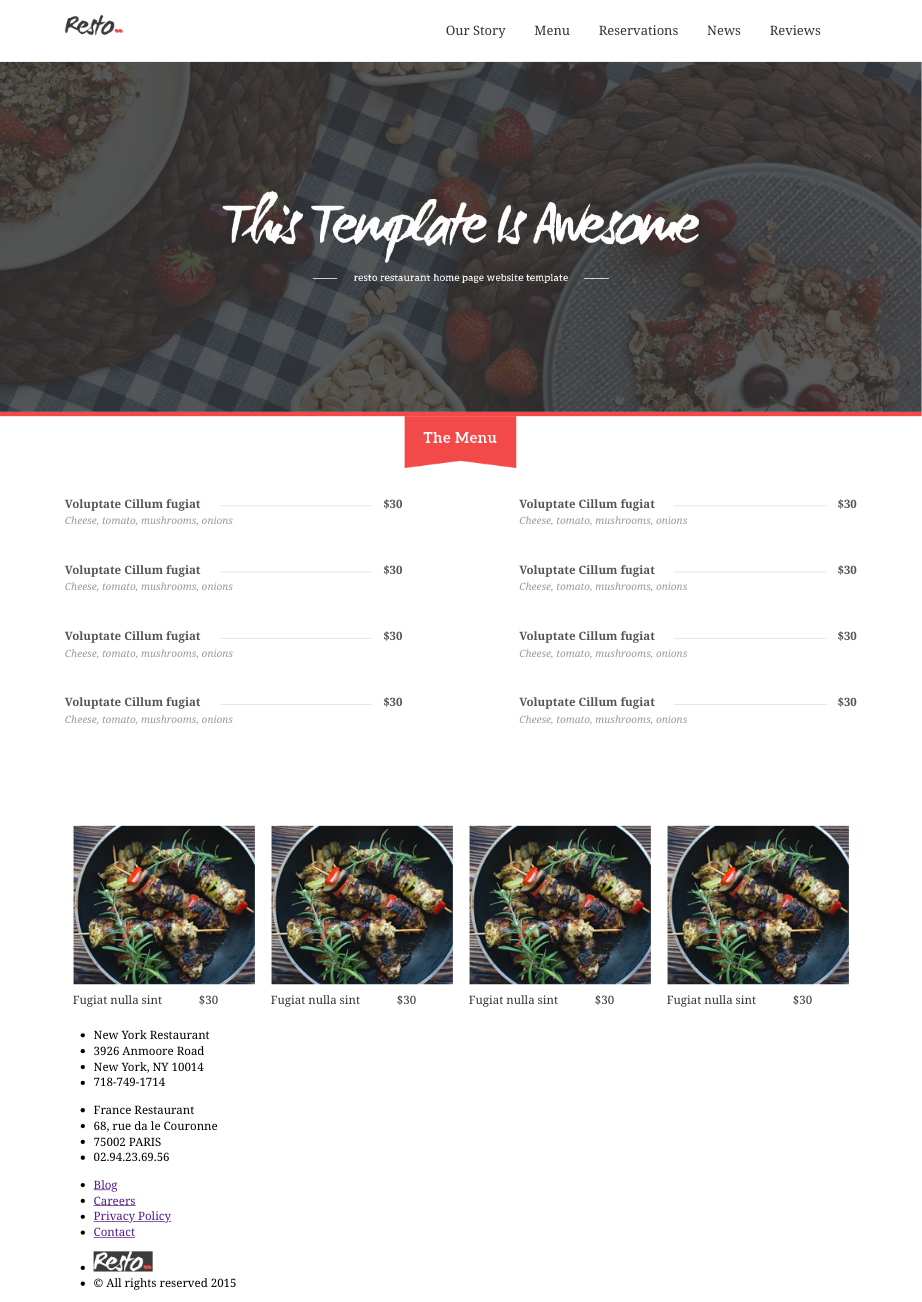
Repository: Piterwk1/psd-to-wordpress
Page: index.html
The author's editor kept a copy of each file at every save. The page is drawn from the files as they stood at one save, then again after the next save.
The browser window is 1280 px wide. The pictures show the whole page, at 72% of full size.

Above is the page before, as saved 2021-09-23 04:04:15.

### index.html
<html lang="en">

<head>
    <meta charset="UTF-8">
    <meta http-equiv="X-UA-Compatible" content="IE=edge">
    <meta name="viewport" content="width=device-width, initial-scale=1.0">
    <title>Resto</title>
    <link rel="stylesheet" href="style.css">
</head>

<body>

    <header>
        <div class="wrapper" id="headerWrapper">
            <h1 class="logo">Rest</h1>
            <nav>
                <h2>Main Navigation</h2>
                <ul>
                    <li><a href="">Our Story</a></li>
                    <li><a href="">Menu</a></li>
                    <li><a href="">Reservations</a></li>
                    <li><a href="">News</a></li>
                    <li><a href="">Reviews</a></li>
                </ul>
            </nav>
        </div>
    </header>

    <!-- start homepage content -->

    <div id="main-banner">
        <img src="images/banner.jpg" alt="Welcome to Resto">
    </div>

    <div class="wrapper">
        <section id="home-menu">
            <h2>Menu</h2>
            <ul>
                <li>
                    <span class="dish">Voluptate Cillum fugiat</span>
                    <span class="price">$30</span>
                    <span class="description">Cheese, tomato, mushrooms, onions</span>
                </li>
                <li>
                    <span class="dish">Voluptate Cillum fugiat</span>
                    <span class="price">$30</span>
                    <span class="description">Cheese, tomato, mushrooms, onions</span>
                </li>
                <li>
                    <span class="dish">Voluptate Cillum fugiat</span>
                    <span class="price">$30</span>
                    <span class="description">Cheese, tomato, mushrooms, onions</span>
                </li>
                <li>
                    <span class="dish">Voluptate Cillum fugiat</span>
                    <span class="price">$30</span>
                    <span class="description">Cheese, tomato, mushrooms, onions</span>
                </li>
                <li>
                    <span class="dish">Voluptate Cillum fugiat</span>
                    <span class="price">$30</span>
                    <span class="description">Cheese, tomato, mushrooms, onions</span>
                </li>
                <li>
                    <span class="dish">Voluptate Cillum fugiat</span>
                    <span class="price">$30</span>
                    <span class="description">Cheese, tomato, mushrooms, onions</span>
                </li>
                <li>
                    <span class="dish">Voluptate Cillum fugiat</span>
                    <span class="price">$30</span>
                    <span class="description">Cheese, tomato, mushrooms, onions</span>
                </li>
                <li>
                    <span class="dish">Voluptate Cillum fugiat</span>
                    <span class="price">$30</span>
                    <span class="description">Cheese, tomato, mushrooms, onions</span>
                </li>
            </ul>
        </section>

        <section id="featured">
            <ul>
                <li>
                    <img src="images/thumb-1.jpg">
                    <a href="">Fugiat nulla sint</a>
                    <span>$30</span>
                    <span class="rating"></span>
                </li>
                <li>
                    <img src="images/thumb-1.jpg">
                    <a href="">Fugiat nulla sint</a>
                    <span>$30</span>
                    <span class="rating"></span>
                </li>
                <li>
                    <img src="images/thumb-1.jpg">
                    <a href="">Fugiat nulla sint</a>
                    <span>$30</span>
                    <span class="rating"></span>
                </li>
                <li>
                    <img src="images/thumb-1.jpg">
                    <a href="">Fugiat nulla sint</a>
                    <span>$30</span>
                    <span class="rating"></span>
                </li>
            </ul>
        </section>
    </div>

    <!-- end homepage content -->

    <footer>
        <div class="wrapper">
            <ul>
                <li>New York Restaurant</li>
                <li>3926 Anmoore Road</li>
                <li>New York, NY 10014</li>
                <li>718-749-1714</li>
            </ul>
            <ul>
                <li>France Restaurant</li>
                <li>68, rue da le Couronne</li>
                <li>75002 PARIS</li>
                <li>02.94.23.69.56</li>
            </ul>
            <ul>
                <li><a href="">Blog</a></li>
                <li><a href="">Careers</a></li>
                <li><a href="">Privacy Policy</a></li>
                <li><a href="">Contact</a></li>
            </ul>
            <ul>
                <li><img src="images/white-logo.png" alt="logo"></li>
                <li>&copy; All rights reserved 2015</li>

            </ul>
        </div>
    </footer>
</body>

</html>

### style.css
body {
    font-family: Georgia, 'Times New Roman', Times, serif;
    margin: 0;
}

.wrapper {
    width: 100%;
    /* max-width: 960px; */
    max-width: 1100px;
    padding: 0 10px;
    margin:  0 auto;
}

h1.logo {
    background-image: url(images/logo.png);
    background-repeat: no-repeat;
    width: 100px;
    text-indent: -10000px;
}

#headerWrapper {
    display: flex;
    justify-content: space-between;
    width: 100%;
}

nav {

  margin-right: 10px;

}

#headerWrapper nav h2 {
    text-indent: -100000px;
    height: 0;
    margin: 0;
}

#headerWrapper nav ul {
   display: flex;
   justify-content: space-evenly;
   list-style-type:  none;
   margin: 10px 20px;
}
#headerWrapper nav li {

   margin: 20px 20px;
}
#headerWrapper nav li a{
   text-decoration: none;
   color: #333;
   font-size: 18px;
}
#headerWrapper nav li a:hover{
   color: blue;
}

#main-banner, #main-banner img{
    width: 100%;
}

#main-banner img {
    border-bottom: 6px solid #f34949;
}

#home-menu h2 {
    background-image: url(images/menu-head.png);
    background-repeat: no-repeat;
    width: 156px;
    height: 74px;
    text-indent: -10000px;
    margin: 0 auto;
}

#home-menu ul {
    display: flex;
    flex-wrap: wrap;
    justify-content: space-between;
   padding: 0;
   list-style: none;
}
#home-menu li {
    display: flex;
    flex-wrap: wrap;
   margin: 20px 0 20px 0;
   justify-content: space-between;
}

.dish{
    position: relative;
    z-index: 1;
    background: #fff;
    padding-right: 5px;
    width: 45%;
    color: #555;
    font-weight: bold;
}

.price {
    position: relative;
    z-index: 1;
    background: #fff;
    padding-left: 15px;
    color: #555;
    font-weight: bold;
}

.description {
    width: 100%;
    color: #999;
    font-style: italic;
    font-size: 14px;
    padding-top: 10px;
    border-top: 1px solid #ddd;
    position: relative;
    top: -8px;
}

#featured {
    margin-top: 100px;
}
#featured ul {
    display: flex;
    justify-content: space-evenly;
    padding: 0;
}

#featured li {
    display: flex;
    flex-wrap: wrap;
    list-style: none;
    margin: 1%;
}

#featured li img{
    width: 100%;
    margin-bottom: 10px;
}

#featured li a{
    color: #333;
    text-decoration: none;
}

#featured li span{
    color: #333;
margin-left: auto;
margin-right: 0;
}

After the next save:
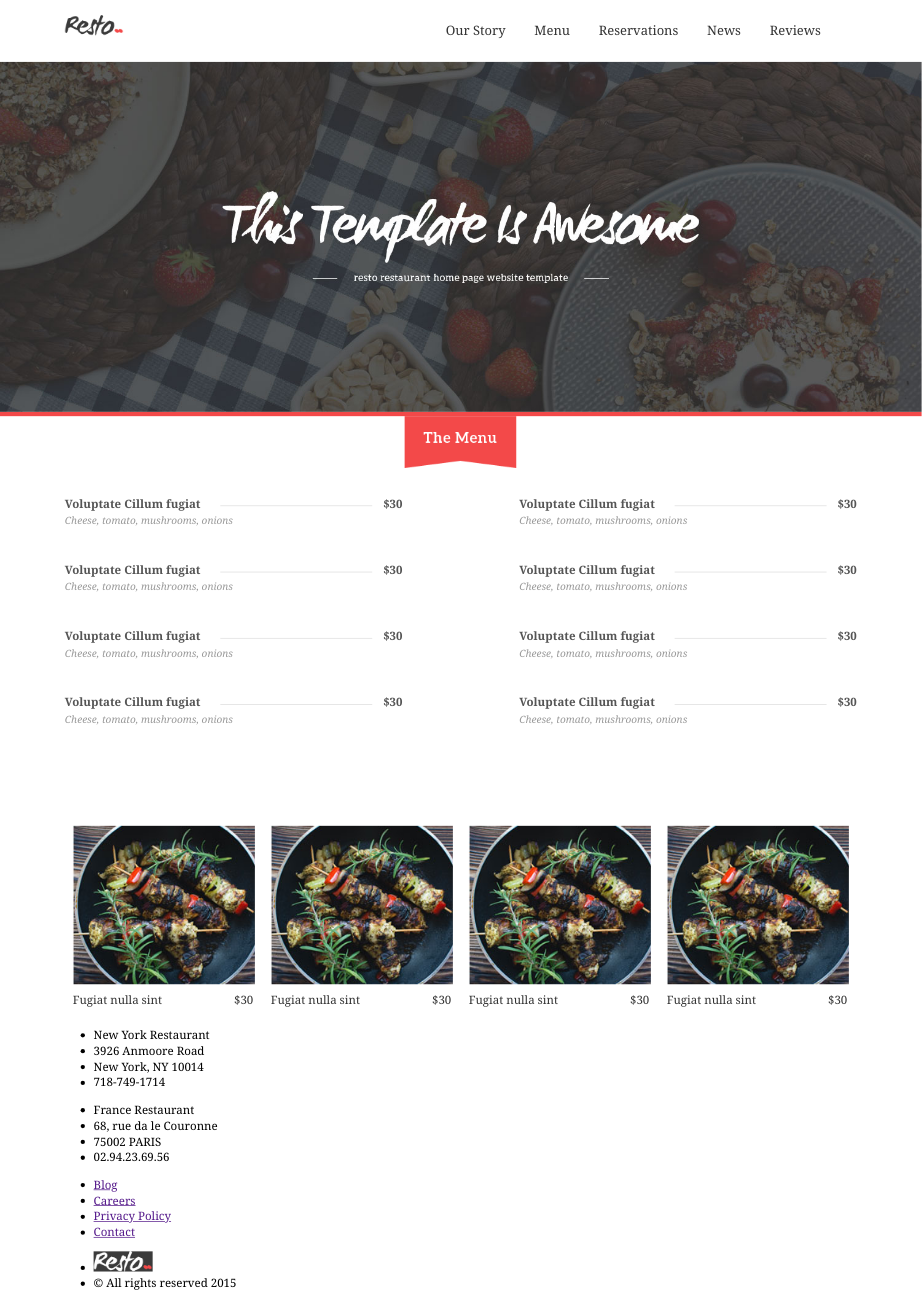
Saved 14 s later.
--- a/style.css
+++ b/style.css
@@ -144,6 +144,6 @@ nav {
 
 #featured li span{
     color: #333;
-margin-left: auto;
-margin-right: 0;
+margin-left: 100px;
+
 }
